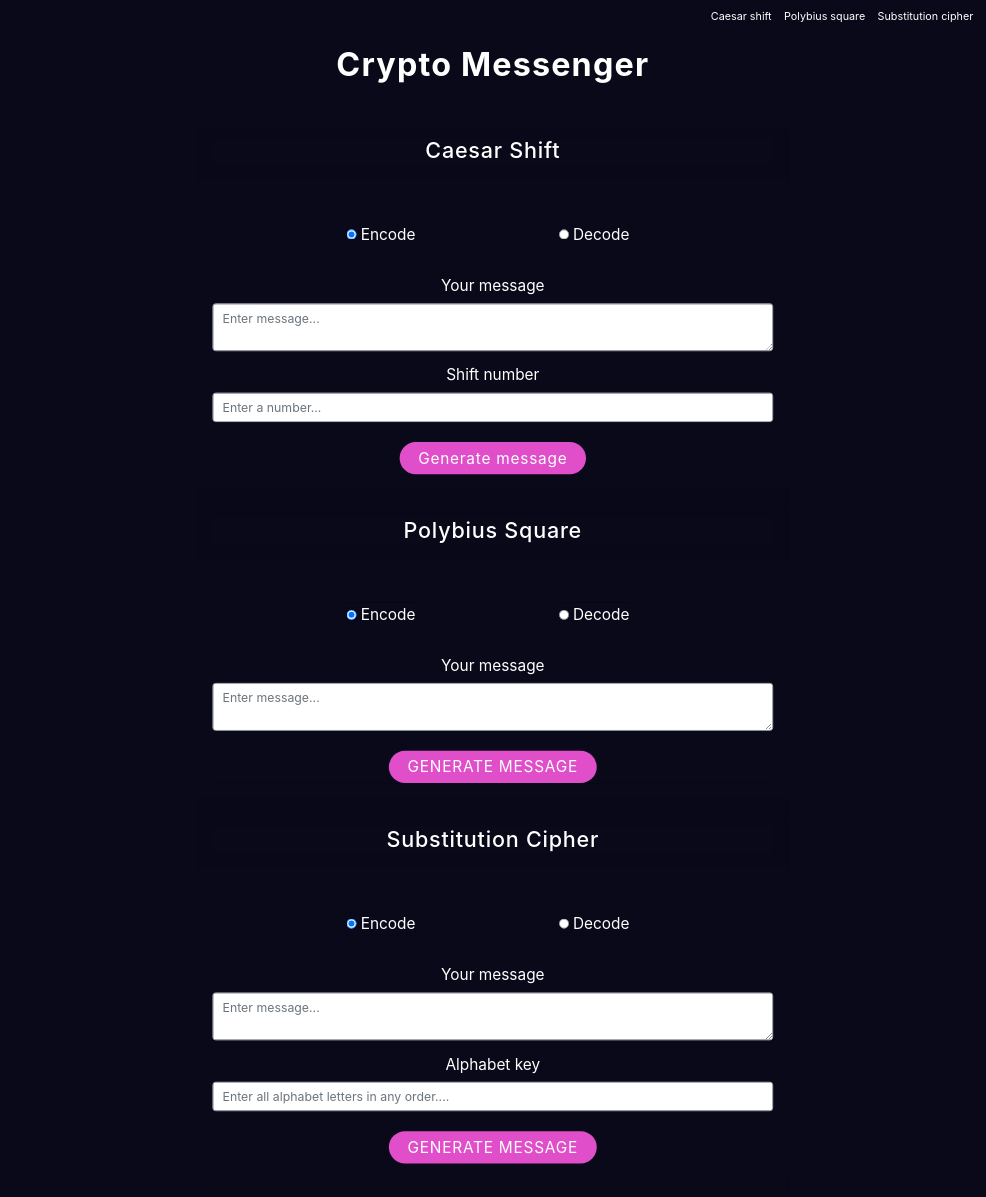
Repository: Rthompson2548/Project-Decoder-Ring
Page: index.html
The author's editor kept a copy of each file at every save. The page is drawn from the files as they stood at one save, then again after the next save.
The browser window is 1280 px wide. The pictures show the whole page, at 77% of full size.

Above is the page before, as saved 2022-04-09 20:26:37.

### index.html
<!DOCTYPE html>
<html lang="en">

<head>
  <!-- Required meta tags -->
  <meta charset="utf-8" />
  <meta name="viewport" content="width=device-width, initial-scale=1, shrink-to-fit=no" />
  <link rel="icon" href="images/favicon.ico" />
  <link rel="stylesheet" type="text/css" href="index.css" />
  <link rel="stylesheet" href="https://stackpath.bootstrapcdn.com/bootstrap/4.5.2/css/bootstrap.min.css"
    integrity="sha384-JcKb8q3iqJ61gNV9KGb8thSsNjpSL0n8PARn9HuZOnIxN0hoP+VmmDGMN5t9UJ0Z" crossorigin="anonymous" />
<link rel="preconnect" href="https://fonts.googleapis.com">
<link rel="preconnect" href="https://fonts.gstatic.com" crossorigin>
<link href="https://fonts.googleapis.com/css2?family=Archivo&family=Montserrat&family=Work+Sans&display=swap"
  rel="stylesheet">
  <title>Crypto-Messenger</title>
</head>

<body>
  <header class="container-fluid border-0">
    <div class="nav-bar fixed-top">
      <div class="nav-bar">
        <a href="#caesar-shift"> <span class="nav-bar-item">
            Caesar shift
          </span> </a>
          <a href="#polybius-square"> <span class="nav-bar-item">
            Polybius square
          </span> </a>
          <a href="#substitution-cipher"> <span class="nav-bar-item">
            Substitution cipher
          </span> </a>
      </div>
    </div>
  </header>
  <main>
    <div class="header">
      <span class="page-title">
        Crypto Messenger
      </span>
      <!-- <p>Use ciphers to encode & decode messages</p> -->
      </div>

    <div class="page-content">
      <!-- Caesar Shift -->
      <section>
        <div class="language-card" id="caesar-shift">
          <div class="card-header">
            <h2 class="language-card-title">Caesar Shift</h2>
            </div>
            <div class="card-body">

            <form id="caesar">
<!-- encode/decode radio option buttons -->
              <div class="encode-decode-options">
                <!-- encode option radio button -->
                <div class="form-check form-check-inline">
                  <input class="form-check-input" type="radio" name="caesar-options" id="caesar-options-encode" value="encode" checked />

                  <label class="form-check-label" for="caesar-options-encode">
                    Encode
                  </label>

                </div>
<!-- decode option radio button -->
                <div class="form-check form-check-inline">
                  <input class="form-check-input" type="radio" name="caesar-options" id="caesar-options-decode" value="decode" />

                  <label class="form-check-label" for="caesar-options-decode">
                    Decode
                  </label>

                </div>
              </div>

              <div class="form-group">
                <label for="caesar-input">Your message</label>
                <textarea class="form-control" id="caesar-input" rows="2" placeholder="Enter message..."></textarea>
                </div>
                <div class="form-group">
                  <label for="caesar-shift">Shift number</label>
                  <input type="number" class="form-control" id="caesar-shift" placeholder="Enter a number..." />
                </div>
              <div class="submit-button-container">
                <button class="submit-button" type="submit">Generate message</button>
              </div>
            </form>
            </div>
          <div id="caesar-alert" class="alert alert-danger d-none" role="alert"> Something went wrong! Check your input
            and the shift amount and try again. </div>
          <div class="card-footer"><span class="font-weight-bold" id="caesar-output"></span> </div>
          </div>
          </section>
      <!-- Polybius -->
      <section>
        <div class="language-card" id="polybius-square">
          <div class="card-header">
            <h2 class="language-card-title">Polybius Square</h2>
            </div>
            <div class="card-body">
            <!-- <p class="language-card-description"> The Polybius Square is a cipher that is achieved by arranging a
              typical alphabet into a grid. Each letter is represented through a coordinate. For example, in the above
              table, the letter "B" would be represented by the numerical pair "21". </p> -->
            <form id="polybius">
              <div class="encode-decode-options">
                <div class="form-check form-check-inline">
                  <input class="form-check-input" type="radio" name="polybius-options" id="polybius-options-encode" value="encode"
                    checked />
                  <label class="form-check-label" for="polybius-options-encode">Encode</label>
                </div>
                <div class="form-check form-check-inline">
                  <input class="form-check-input" type="radio" name="polybius-options" id="polybius-options-decode" value="decode" />
                  <label class="form-check-label" for="polybius-options-decode">Decode</label>
                </div>
              </div>
              <div class="form-group">
                <label for="polybius-input">Your message</label>
                <textarea class="form-control" id="polybius-input" rows="2" placeholder="Enter message..."></textarea>
                </div>
              <div class="submit-button-container">
                <button class="submit-button" type="submit">GENERATE MESSAGE</button>
              </div>
            </form>
            </div>
          <div id="polybius-alert" class="alert alert-danger d-none" role="alert"> Something went wrong! Check your
            input and try again. </div>
          <div class="card-footer"><span class="font-weight-bold" id="polybius-output"></span> </div>
          </div>
          </section>
      <!-- Substitution -->
      <section id="substitution-cipher">
        <div class="language-card">
          <div class="card-header">
            <h2 class="language-card-title">Substitution Cipher</h2>
            </div>
            <div class="card-body">

            <form id="substitution">
              <div class="encode-decode-options">
                <div class="form-check form-check-inline">
                  <input class="form-check-input" type="radio" name="substitution-options" id="substitution-options-encode"
                    value="encode" checked />
                  <label class="form-check-label" for="substitution-options-encode">Encode</label>
                </div>
                <div class="form-check form-check-inline">
                  <input class="form-check-input" type="radio" name="substitution-options" id="substitution-options-decode"
                    value="decode" />
                  <label class="form-check-label" for="substitution-options-decode">Decode</label>
                </div>
              </div>
              <div class="form-group">
                <label for="substitution-input">Your message</label>
                <textarea class="form-control" id="substitution-input" rows="2" placeholder="Enter message..."></textarea>
                </div>
                <div class="form-group">
                  <label for="substitution-alphabet">Alphabet key</label>
                  <input type="text" class="form-control" id="substitution-alphabet" maxlength="26"
                    placeholder="Enter all alphabet letters in any order...." />
                </div>
              <div class="submit-button-container">
                <button class="submit-button" type="submit">GENERATE MESSAGE</button>
              </div>
            </form>
            </div>
          <div id="substitution-alert" class="alert alert-danger rounded-0 d-none" role="alert"> Something went wrong!
            Check your input and alphabet key. </div>
          <div class="card-footer border-0"><span class="font-weight-bold" id="substitution-output"></span> </div>
          </div>
          </section>
    </div>

  </main>
  <script src="./scripts/setup.js"></script>
  <script src="./src/caesar.js"></script>
  <script src="./src/polybius.js"></script>
  <script src="./src/substitution.js"></script>
  <script src="./scripts/caesar.js"></script>
  <script src="./scripts/polybius.js"></script>
  <script src="./scripts/substitution.js"></script>
</body>

</html>

### index.css
* {
  background-color: rgb(9 9 25);
  color: #fff;
  margin: 0;
  padding: 0;
}

html, body, #page {
    margin:0;
    padding:0;
    font-family: 'Montserrat', sans-serif;
}

input, textarea {
  font-size: 16px !important;
}

.page-content {
  align-items: center;
}

.page-title {
  color: #fff;
  font-size: 42px;
  font-weight: bold;
  display: flex;
  letter-spacing: 1.5px;
  justify-content: center;
  margin: 52px 0;
}

.nav-bar {
  display: flex;
  justify-content: center;
  padding: 4px 0;
}

.nav-bar-item {
  font-size: 14px;
  margin-right: 16px;
}

.header {
  display: flex;
  justify-content: center;
}

.encode-decode-options {
  display: flex;
  justify-content: space-evenly;
  margin: 36px 0;
  font-size: 15px;
}

section {
  text-align: center;
}

label {
  font-size: 20px;
}

.language-card {
  display: inline-block;
  width: 60%;
  color: #000;
  border: none;
  border-radius: 8px;
}

.language-card-title {
  font-size: 28px !important;
  letter-spacing: 1px;
  font-weight: light !important;
}

.language-card-description {
  line-height: 1.5rem;
  letter-spacing: 0.5px;
  margin-bottom: 18px;
}

.submit-button-container {
  display: flex;
  justify-content: center;
}

.submit-button {
  background-color: rgb(225 78 202);
  border: none;
  color: #fff;
  border-radius: 25px;
  padding: 6px 24px;
  margin-top: 10px;
  font-size: 20px;
  letter-spacing: 1px;
}

@media (min-width: 1000px) {

  .nav-bar {
    justify-content: end;
  }

  .language-card-title {
    font-size: 16px;
  }

  .language-card-description {
    font-size: 12px;
  }


}

### src/caesar.js
const caesarModule = (function() {
    function caesar(input, shift, encode = true) {
        if (!shift || shift === 0 || shift < -25 || shift > 25) return false;
        /* create a variable that takes the input value and converts it to lower case letters so that all characters have the correct ascii values */
        let word = input.toLowerCase().split("");

        /** will subtract the shift value from the word if "decode" to return the original letters of the word */
        if (!encode) shift = 0 - shift;
        // create a variable that maps each letter of the word
        const message = word.map((letter) => {
            let asciiValue = letter.charCodeAt(0) - 97;
            if (asciiValue < 0 || asciiValue > 26) return letter;

            /* add the ascii code value of the letter to the
            shift argument value to convert  it to the right
            character */
            asciiValue += shift;

            /* if the character's value is less than the 'a' value,
            add 26 to it so that it wraps around the alphabet. */
            if (asciiValue < 0) asciiValue += 26;
            asciiValue = asciiValue % 26;

            /* why do we add the ascii value to 97, which is 'a', if
            we already added it's ascii value to shift? Isn't that how
            we encode the message? */

            asciiValue += 97;

            /* user String.fromCharCode to connect the ascii
            code message back to letter values */
            return String.fromCharCode(asciiValue);
        });

        /* join each new character together to create a full word */
        return message.join("");
    }


    return {
        caesar,
    };
})();

module.exports = {
    caesar: caesarModule.caesar
};

### src/substitution.js
const substitutionModule = (function () {
/* helper function for message and both alphabet strings */
    function mapInput(message, alphabetA, alphabetB) {

        /* use the map method on the input message */
        return message.map((letter) => {
            const index = alphabetA.indexOf(letter);
            /* if statement that returns any characters that
             were not found in the string */
            if (index === -1) return letter;
            return alphabetB[index];
        });
    }

  function substitution(input, alphabet, encode = true) {
        if (!alphabet || alphabet.length != 26) return false;

        /* variable that takes the correct alphabet
        string and returns an array of the letters, separated by a comma */
        const abc = "abcdefghijklmnopqrstuvwxyz".split("");

        /* variable that takes the alphabet argument and
        returns it in lower case, separated by commas */
        const splitAlphabet = alphabet.toLowerCase().split("");

        /* variable that takes the message argument,
        and returns it converted to lower case and separated
        by commas */
        const message = input.toLowerCase().split("");

        /* use a nested for loop to compare the characters
          in the alphabet argument to check for uniqueness */
        for (let i = 0; i < splitAlphabet.length; i++) {
            for (let j = i + 1; j < splitAlphabet.length; j++) {
                if (splitAlphabet[i] === splitAlphabet[j]) return false;
            }
        }

        if (encode) return mapInput(message, abc, splitAlphabet).join("");
        return mapInput(message, splitAlphabet, abc).join("");
}

  return {
    substitution,
  };
})();

module.exports = { substitution: substitutionModule.substitution };

### scripts/caesar.js
function caesarRenderer() {

  const form = document.querySelector("#caesar");

  form.addEventListener("submit", (event) => {
    event.preventDefault();

    /** grabs input value via the textarea's id */
    const input = event.target["caesar-input"].value;

    /** direction will be either "encode" or "decode" */
    const direction = event.target["caesar-options"].value;

    /** grabs the value of the shift number input (aka the number to shift the message by) */
    const shift = event.target["caesar-shift"].value;

    /** sets the value of the shift in integer form */
    const result =
      direction === "encode"
        ? caesarModule.caesar(input, Number(shift))
        : caesarModule.caesar(input, Number(shift), false);

    const alert = document.querySelector("#caesar-alert");

    if (result) {
      alert.classList.add("d-none");
      const output = document.querySelector("#caesar-output");
      output.innerHTML = result;
    } else {
      alert.classList.remove("d-none");
    }
  });
}

document.addEventListener("DOMContentLoaded", caesarRenderer);

### scripts/polybius.js
function polybiusRenderer() {
  const form = document.querySelector("#polybius");
  form.addEventListener("submit", (event) => {
    event.preventDefault();

    const input = event.target["polybius-input"].value;
    const direction = event.target["polybius-options"].value;
    const result =
      direction === "encode"
        ? polybiusModule.polybius(input)
        : polybiusModule.polybius(input, false);

    const alert = document.querySelector("#polybius-alert");
    if (result) {
      alert.classList.add("d-none");
      const output = document.querySelector("#polybius-output");
      output.innerHTML = result;
    } else {
      alert.classList.remove("d-none");
    }
  });
}

document.addEventListener("DOMContentLoaded", polybiusRenderer);

### scripts/substitution.js
function substitutionRenderer() {
  const form = document.querySelector("#substitution");
  form.addEventListener("submit", (event) => {
    event.preventDefault();

    const input = event.target["substitution-input"].value;
    const direction = event.target["substitution-options"].value;
    const alphabet = event.target["substitution-alphabet"].value;
    const result =
      direction === "encode"
        ? substitutionModule.substitution(input, alphabet)
        : substitutionModule.substitution(input, alphabet, false);

    const alert = document.querySelector("#substitution-alert");
    if (result) {
      alert.classList.add("d-none");
      const output = document.querySelector("#substitution-output");
      output.innerHTML = result;
    } else {
      alert.classList.remove("d-none");
    }
  });
}

document.addEventListener("DOMContentLoaded", substitutionRenderer);

Loaded but not shown: scripts/setup.js (common file); src/polybius.js (67 lines, source omitted)

After the next save:
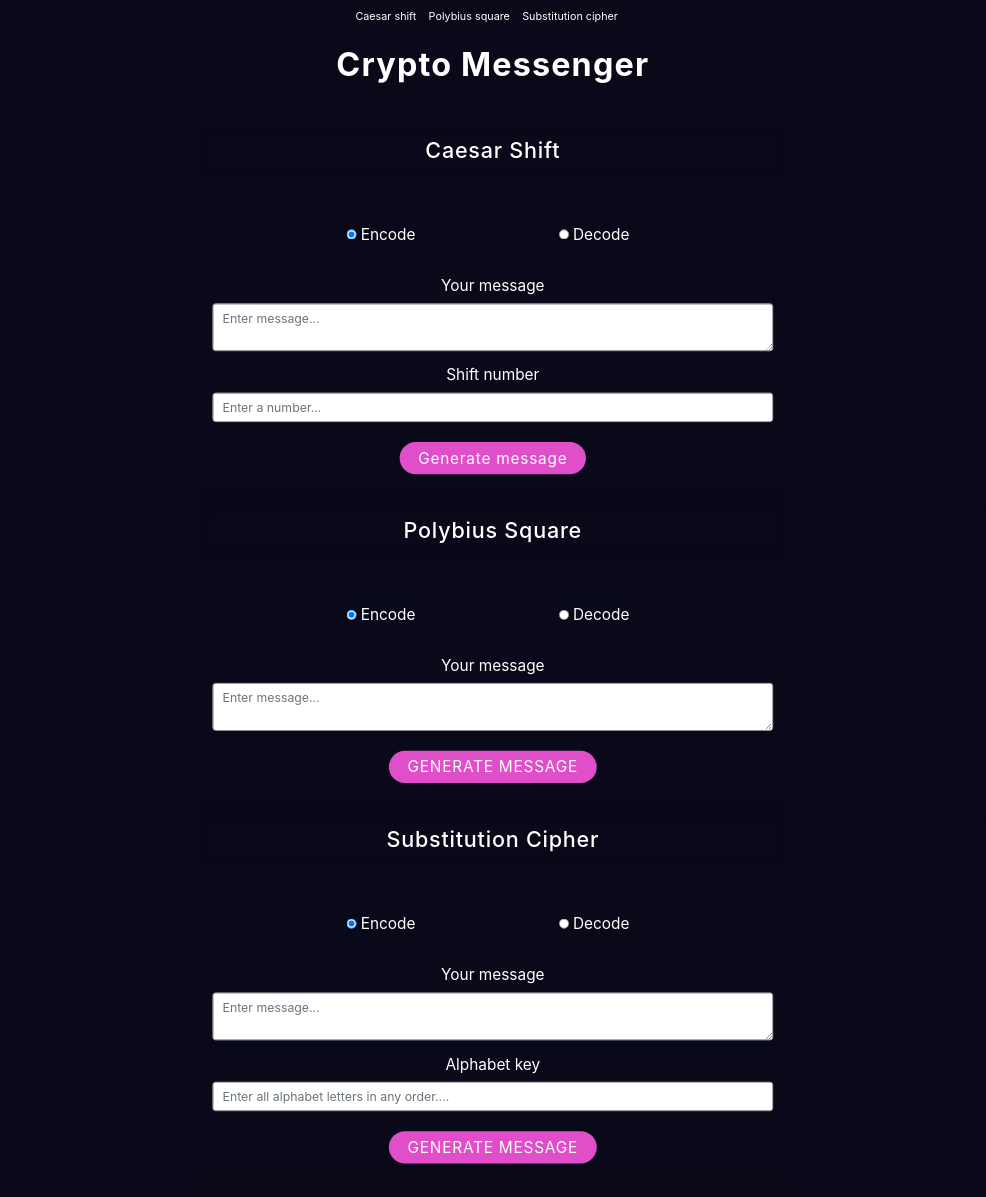
Saved 6 s later.
--- a/index.css
+++ b/index.css
@@ -95,20 +95,3 @@ label {
   font-size: 20px;
   letter-spacing: 1px;
 }
-
-@media (min-width: 1000px) {
-
-  .nav-bar {
-    justify-content: end;
-  }
-
-  .language-card-title {
-    font-size: 16px;
-  }
-
-  .language-card-description {
-    font-size: 12px;
-  }
-
-
-}

After the save that followed:
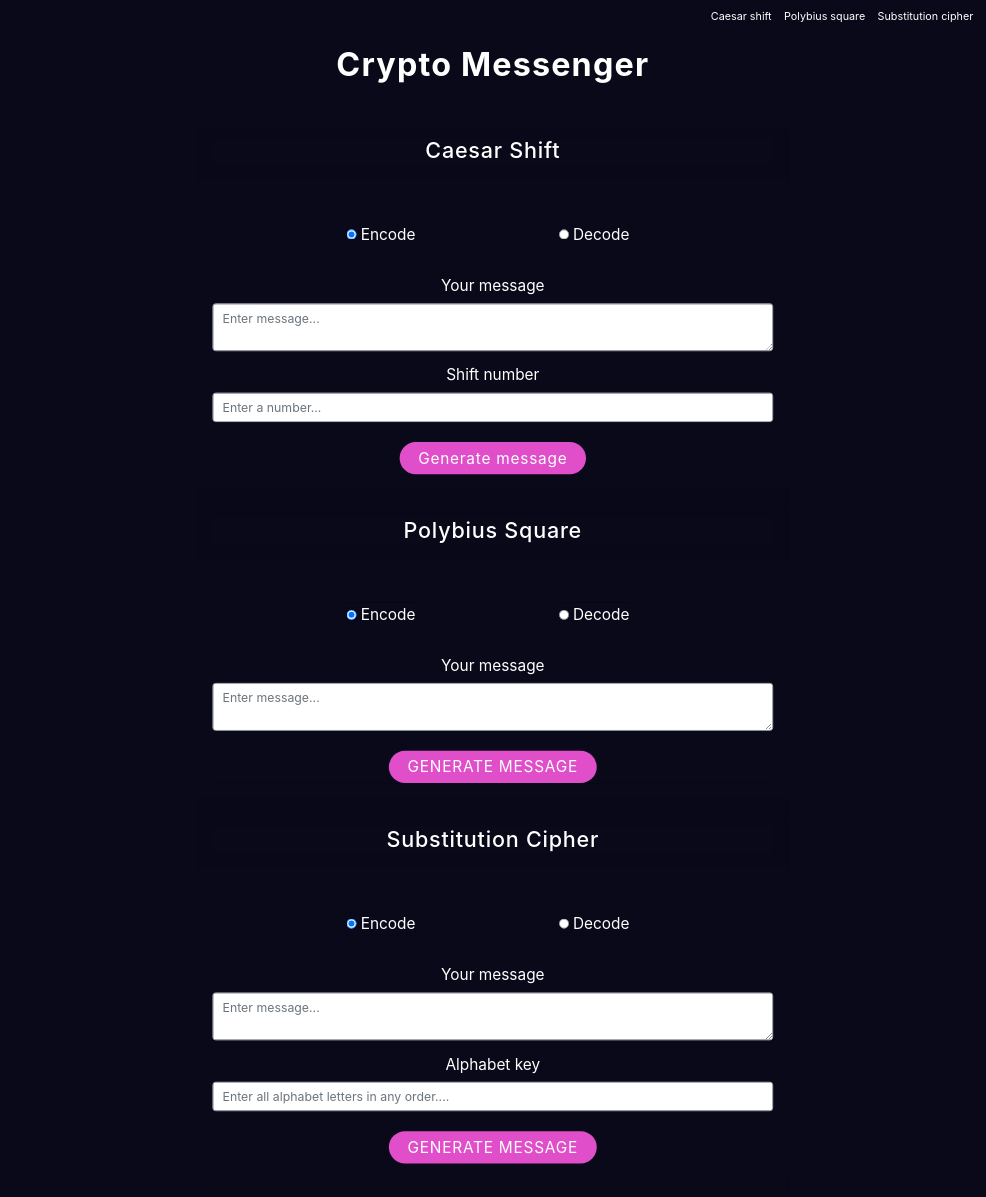
Saved 4 s later.
--- a/index.css
+++ b/index.css
@@ -95,3 +95,20 @@ label {
   font-size: 20px;
   letter-spacing: 1px;
 }
+
+@media (min-width: 1000px) {
+
+  .nav-bar {
+    justify-content: end;
+  }
+
+  .language-card-title {
+    font-size: 16px;
+  }
+
+  .language-card-description {
+    font-size: 12px;
+  }
+
+
+}
